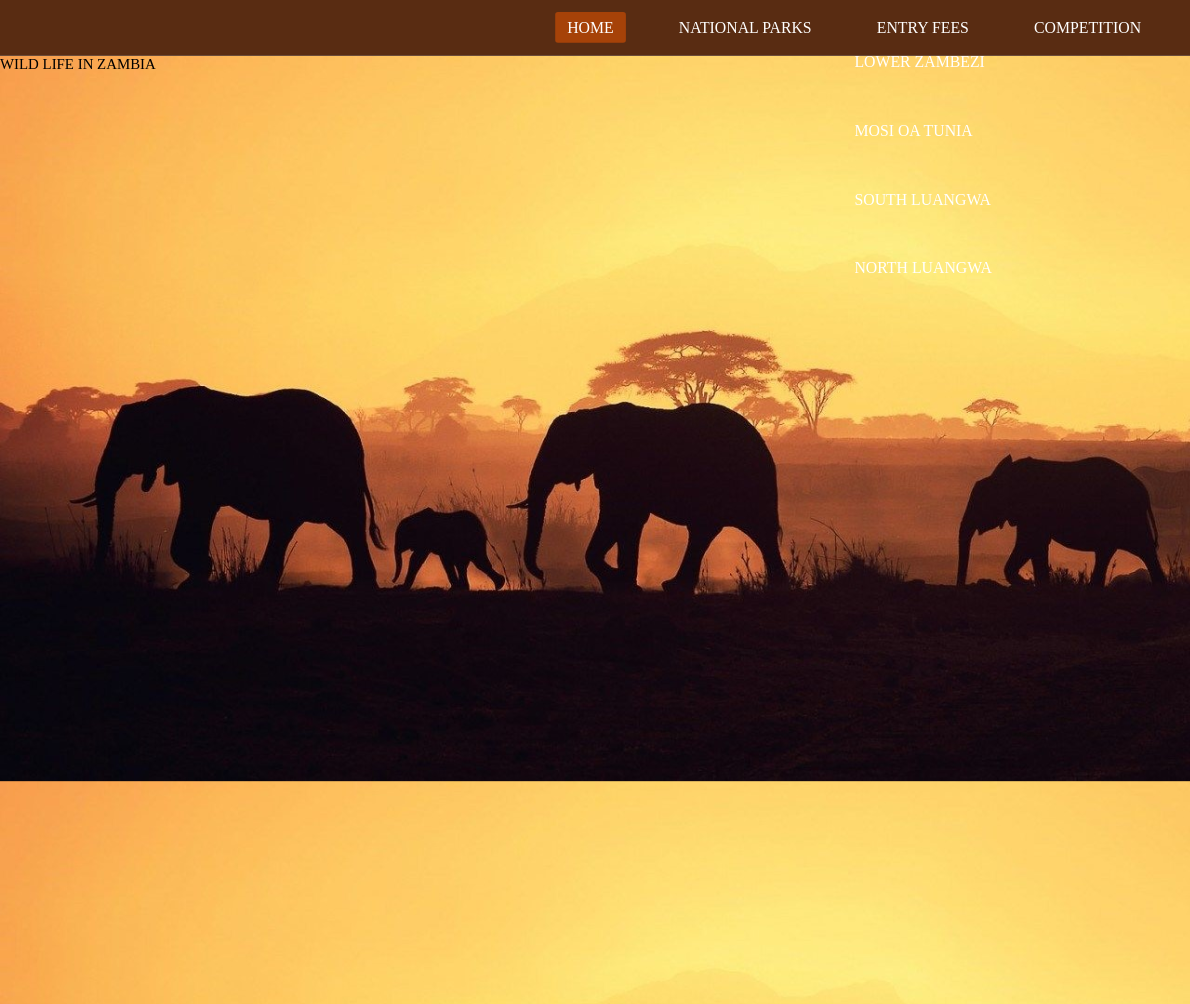
Repository: Lungdjos/web_assignment_3rd_yr
Page: home/index.html
These files come from the project's save history. The page is drawn as it stood at one moment and after a run of saves; the edit follows.
The browser window is 1280 px wide. The pictures show the whole page, at 93% of full size.
Some web libraries are served in a nearby version.

Above is the page before, as saved 2021-06-17 18:12:14.

After the next 2 saves:
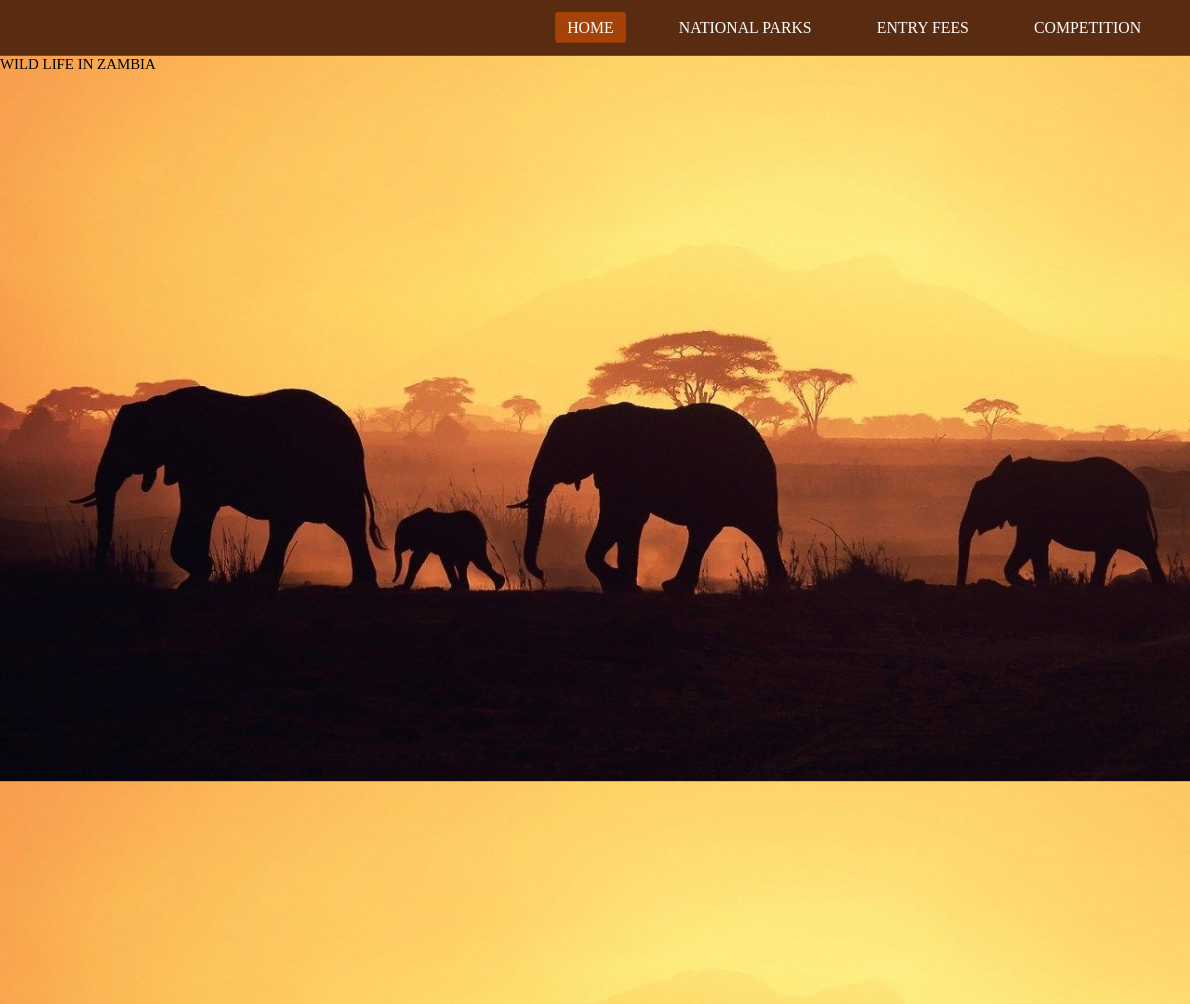
The 2 saves are shown as one change because they came seconds apart.
The last was saved 8 s later.
--- a/home/index.css
+++ b/home/index.css
@@ -131,7 +131,7 @@
     }
 
     nav ul ul li {
-        display:
+        display: none;
     }
 
     nav ul ul a {
